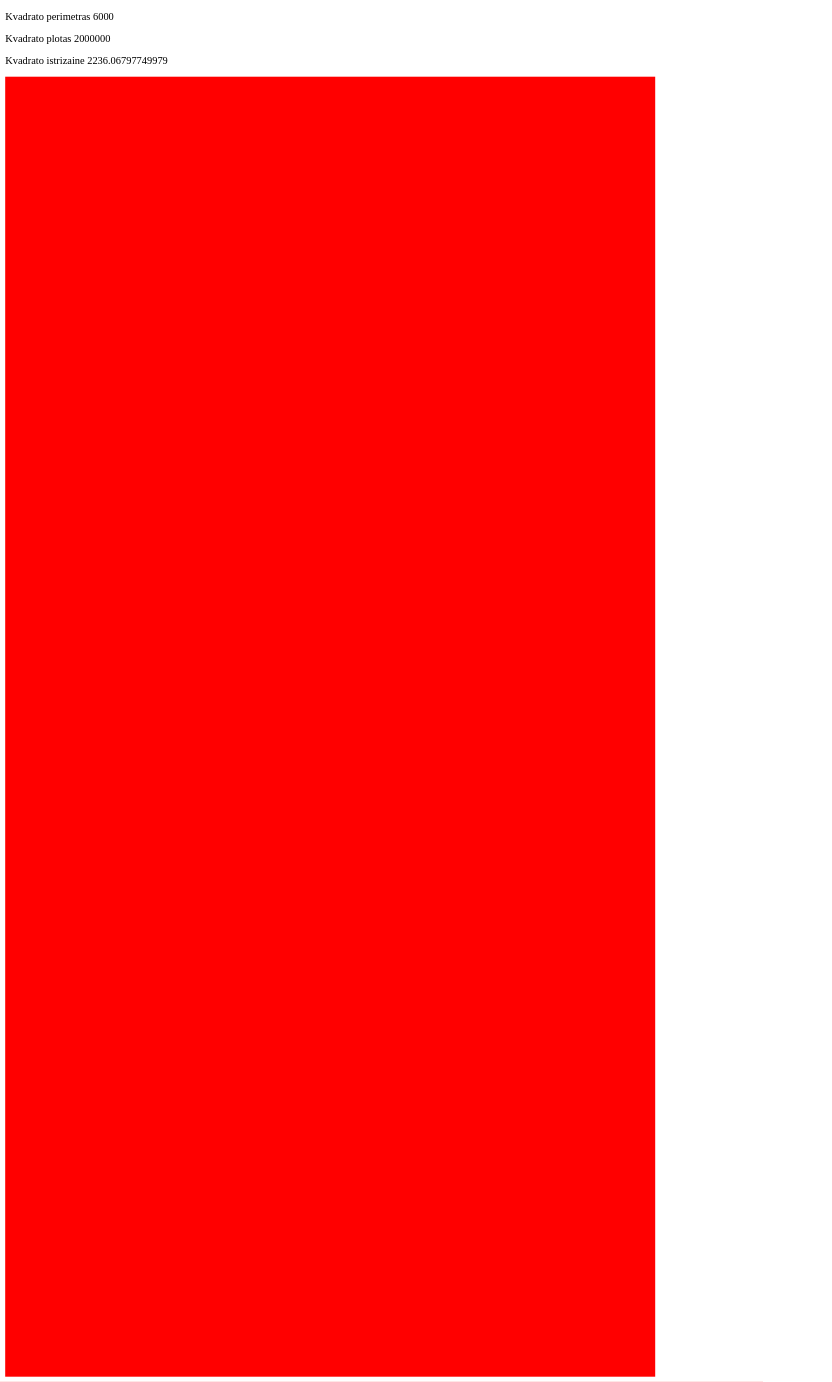
Repository: motiejus1/10-paskaita-JS
Page: index.html
An editor plug-in stored every save of this project. The page is shown before and after a run of saves, followed by the edit.
The browser window is 1280 px wide. The pictures show the whole page, at 65% of full size.

Above is the page before, as saved 2021-06-22 11:35:50.

### index.html
<!DOCTYPE html>
<html lang="en">
<head>
    <meta charset="UTF-8">
    <meta http-equiv="X-UA-Compatible" content="IE=edge">
    <meta name="viewport" content="width=device-width, initial-scale=1.0">
    <title>10 paskaita</title>

    <style>
        .container div:nth-child(even) {
            background-color: blue;
        }

        .keturkampis {
            /* width: 300px; */
            /* height: 400px; */
            background-color: red;
        }




    </style>


</head>
<body>

    <div class="container">

    </div>

    <p id="kvadrato-perimetras"></p>
    <p id="kvadrato-plotas"></p>
    <p id="kvadrato-istrizaine"></p>

    <div class="keturkampis">

    </div>




    <script src="script.js"></script>
    <script src="script1.js"></script>
</body>
</html>

### script.js
"use strict";

// 2. Susikurti objektų masyvą:
// * Masyve 100 objekto elementų.
// * Objekto vidiniai kintamieji: id, vardas.
// * Vardas reikšmė = vardas1,vardas2 ir t.t.
// * Id reikšmė = 1, 2 ir t.t.


// Papildomai:
// Pagal sukurtą obejktų masyvą, sukurti tiek pat div elementų, kuriuose išvedamas id ir vardas. Kas antras div - mėlynas.

let masyvas = [];

for (let i=0; i<100; i++) {
    let objektas = {
        id: i+1,
        vardas: "vardas"+(i+1)
    };
    masyvas[i]=objektas; // i => objekta

    // let div = document.createElement("div");
    // div.innerHTML = objektas.id + " " + objektas.vardas;
    // document.querySelector(".container").appendChild(div);

    // console.log(Object.keys(objektas));
}

console.log(masyvas);

### script1.js
"use script";

// 3. Susikurti objektą "Keturkampis".
// Objektas turi priimti du kintamuosius: a ir b kraštines.
// Sukurti du metodus, kurie skaičiuoja kvadrato plotą, perimetrą, įstrižainės ilgį.
// Informaciją išvesti į <p> žymę.

// Papildoma: a ir b kintamieji apibrežia kvadratą pikseliais. Pagal įvestas reikšmes į input, HTML nubraižomas kvadrato objektas.

let kvadratas = {
    a: 1000,
    b: 2000,

    plotasPerimetras: function() {

        let plotas;
        let perimetras;

        plotas = this.a * this.b;
        perimetras= 2 * this.a + 2 * this.b;

        return [plotas, perimetras]
    },

    istrizaine: function() {
        let ilgis;
        ilgis = Math.sqrt(this.a * this.a + this.b * this.b );
        return ilgis;
    },

    nubrezk: function() {
        let elementas = document.querySelector(".keturkampis");
        elementas.style.width = this.a + "px";
        elementas.style.height = this.b + "px";
    },

    isvesk: function() {

    }

};

console.log('-------------------------------------------------');
console.log(kvadratas.plotasPerimetras());
console.log(kvadratas.istrizaine());

kvadratas.nubrezk();

document.getElementById("kvadrato-perimetras").innerText = "Kvadrato perimetras " +  kvadratas.plotasPerimetras()[1];
document.getElementById("kvadrato-plotas").innerText ="Kvadrato plotas " + kvadratas.plotasPerimetras()[0];
document.getElementById("kvadrato-istrizaine").innerText = "Kvadrato istrizaine " + kvadratas.istrizaine();

After the next 2 saves:
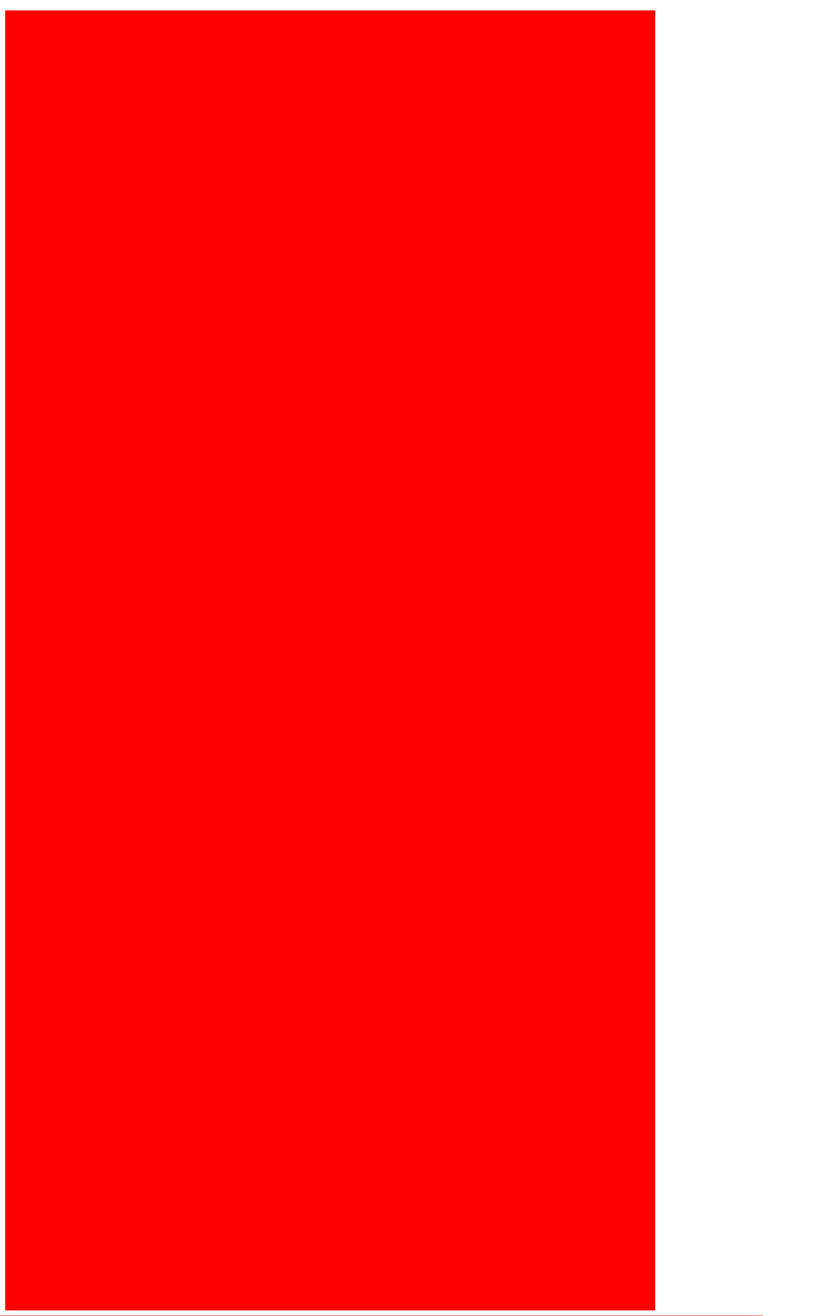
The 2 saves are shown as one change because they came seconds apart.
The last was saved 7 s later.
--- a/script1.js
+++ b/script1.js
@@ -35,7 +35,9 @@
     },
 
     isvesk: function() {
-
+        document.getElementById("kvadrato-perimetras").innerText = "Kvadrato perimetras " +  kvadratas.plotasPerimetras()[1];
+        document.getElementById("kvadrato-plotas").innerText ="Kvadrato plotas " + kvadratas.plotasPerimetras()[0];
+        document.getElementById("kvadrato-istrizaine").innerText = "Kvadrato istrizaine " + kvadratas.istrizaine();
     }
 
 };
@@ -45,7 +47,3 @@
 console.log(kvadratas.istrizaine());
 
 kvadratas.nubrezk();
-
-document.getElementById("kvadrato-perimetras").innerText = "Kvadrato perimetras " +  kvadratas.plotasPerimetras()[1];
-document.getElementById("kvadrato-plotas").innerText ="Kvadrato plotas " + kvadratas.plotasPerimetras()[0];
-document.getElementById("kvadrato-istrizaine").innerText = "Kvadrato istrizaine " + kvadratas.istrizaine();

After the 2 saves that followed:
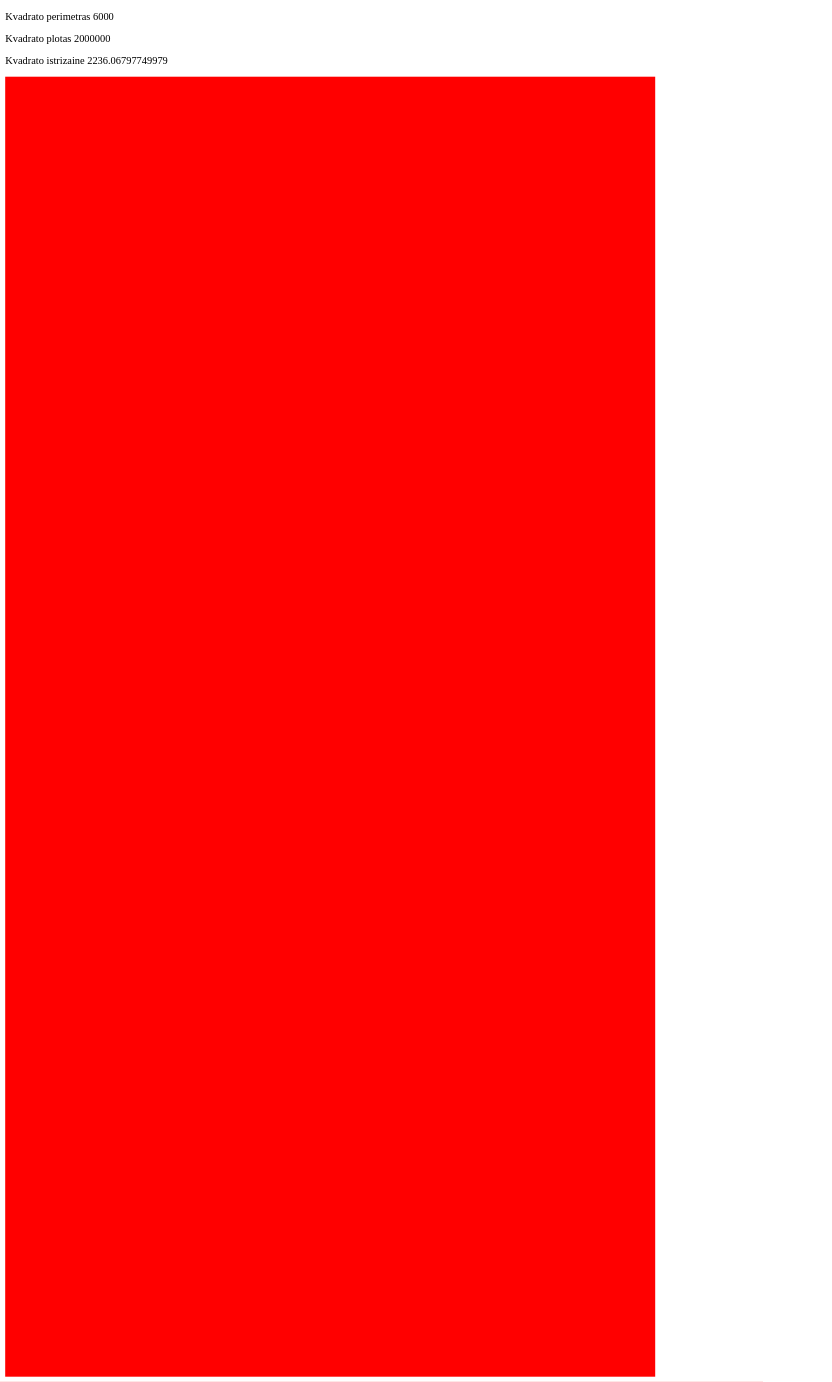
The 2 saves are shown as one change because 1 left the picture as it was.
The last was saved 8 s later.
--- a/script1.js
+++ b/script1.js
@@ -42,8 +42,5 @@
 
 };
 
-console.log('-------------------------------------------------');
-console.log(kvadratas.plotasPerimetras());
-console.log(kvadratas.istrizaine());
-
+kvadratas.isvesk();
 kvadratas.nubrezk();
